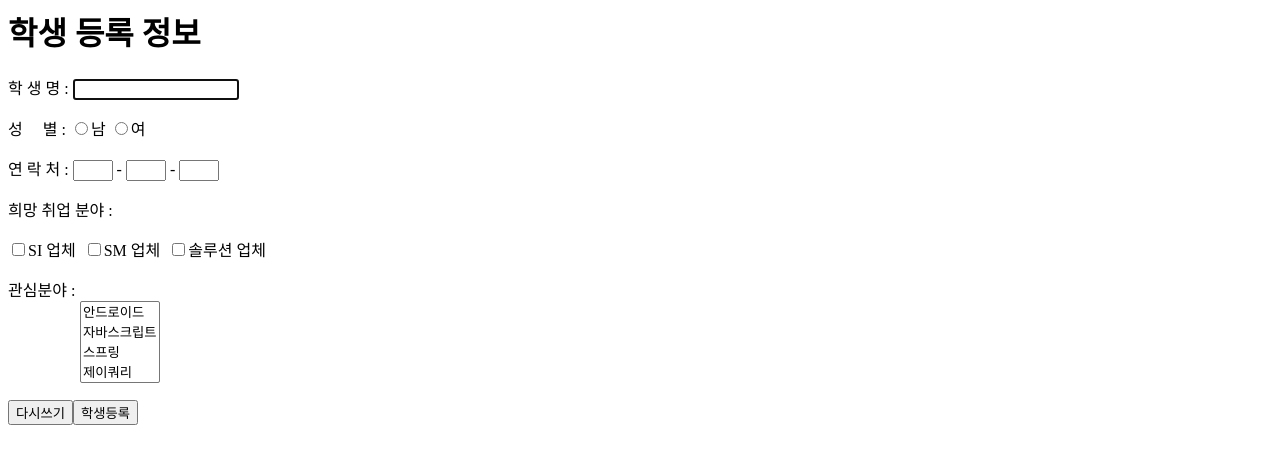
Repository: ddochiisrich/Ddochi-Web
Page: http://localhost/JSPStudyCh04Exam/jspFormData02.jsp
The author's editor kept a copy of each file at every save. The page is drawn from the files as they stood at one save, then again after the next save.
The browser window is 1280 px wide. The pictures show the whole page.
The page is served by Tomcat 9. Other server files are loaded and not shown.

Above is the page before, as saved 2024-04-05 04:06:23.

### JSPStudyCh04Exam/src/main/webapp/jspFormData02.jsp
<%@ page language="java" contentType="text/html; charset=UTF-8"
	pageEncoding="UTF-8"%>

<style>
.phone1, .phone2, .phone3 {
	width: 40px
}

.name {
	width: 166px;
}
</style>

<!DOCTYPE html>
<html>
<head>
<meta charset="UTF-8">
<title>Insert title here</title>
</head>
<body>
	<form name="studentInfo" action="studentInform" method="post">
		<h1>학생 등록 정보</h1>
		<p>
			학&nbsp;생&nbsp;명 : <input type="text" name="name" class="name"
				autofocus>
		</p>
		<p>
			성&nbsp;&nbsp;&nbsp;&nbsp;&nbsp;별 : <input type="radio" name="gender"
				value="male">남 <input type="radio" name="gender"
				value="female">여
		</p>
		<p>
			연&nbsp;락&nbsp;처 : <input type="text" name="phone1" class="phone1">
			- <input type="text" name="phone2" class="phone2"> - <input
				type="text" name="phone3" class="phone3">
		</p>
		<p>희망 취업 분야 :</p>
		<p>
			<input type="checkbox" name="si">SI 업체&nbsp;
			<input type="checkbox" name="sm">SM 업체&nbsp;
			<input type="checkbox" name="solution">솔루션 업체
		</p>
		<p>
			관심분야 : <br>&nbsp;&nbsp;&nbsp;&nbsp;&nbsp;&nbsp;&nbsp;&nbsp;&nbsp;&nbsp;&nbsp;&nbsp;&nbsp;&nbsp;&nbsp;&nbsp;&nbsp; <select name="subject" multiple>
				<option value="Android" name="Android">안드로이드</option>
				<option value="JavaScript" name="JavaScript">자바스크립트</option>
				<option value="Spring" name="Spring">스프링</option>
				<option value="jQuery" name="jQuery">제이쿼리</option>
			</select>
		</p>

		 <input type="reset" value="다시쓰기"><input
			type="submit" value="학생등록">
	</form>
</body>
</html>

After the next save:
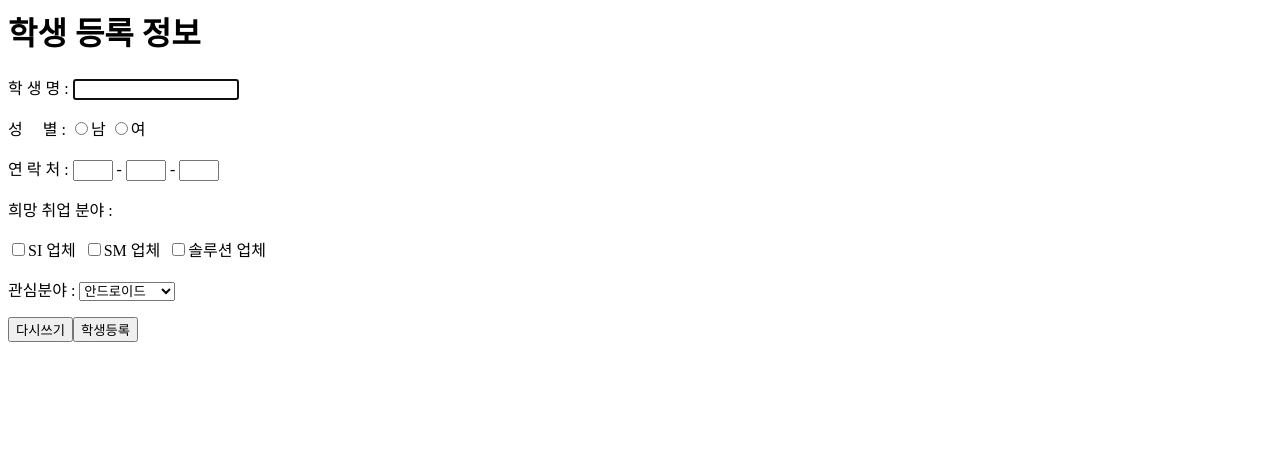
Saved 79 s later.
--- a/JSPStudyCh04Exam/src/main/webapp/jspFormData02.jsp
+++ b/JSPStudyCh04Exam/src/main/webapp/jspFormData02.jsp
@@ -41,11 +41,11 @@
 			<input type="checkbox" name="solution">솔루션 업체
 		</p>
 		<p>
-			관심분야 : <br>&nbsp;&nbsp;&nbsp;&nbsp;&nbsp;&nbsp;&nbsp;&nbsp;&nbsp;&nbsp;&nbsp;&nbsp;&nbsp;&nbsp;&nbsp;&nbsp;&nbsp; <select name="subject" multiple>
-				<option value="Android" name="Android">안드로이드</option>
-				<option value="JavaScript" name="JavaScript">자바스크립트</option>
-				<option value="Spring" name="Spring">스프링</option>
-				<option value="jQuery" name="jQuery">제이쿼리</option>
+			관심분야 : <select name="subject">
+				<option value="Android">안드로이드</option>
+				<option value="JavaScript">자바스크립트</option>
+				<option value="Spring">스프링</option>
+				<option value="jQuery">제이쿼리</option>
 			</select>
 		</p>
 
